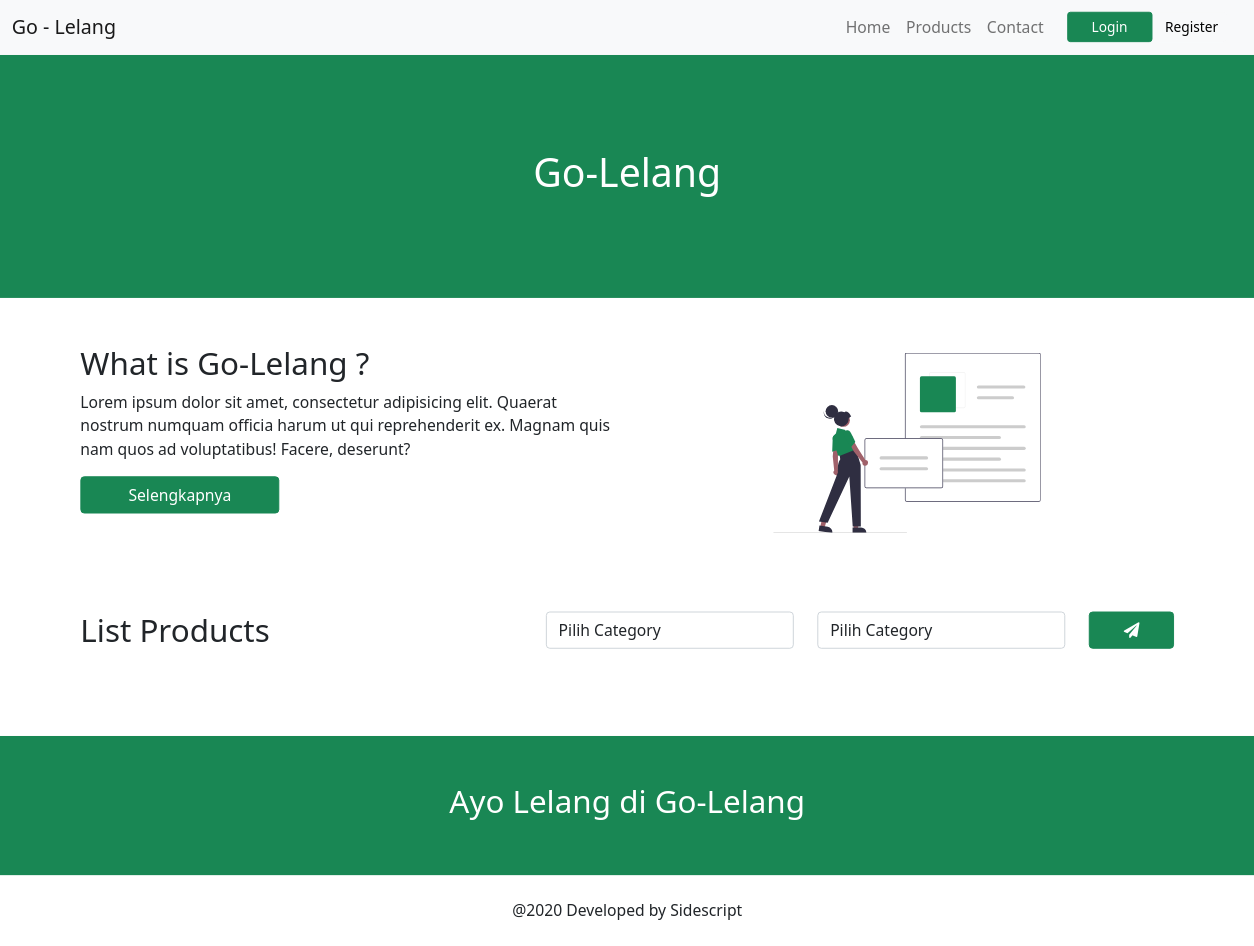
Repository: khulqu15/Go---Lelalng
Page: http://localhost/
These files come from the project's save history. The page is drawn as it stood at one moment and after the next save; the edit follows.
The browser window is 1280 px wide. The pictures show the whole page, at 98% of full size.
The page is served by the project's Laravel application, run on PHP 8.4 with Laravel 8. Queries for data that is not in the repository find no rows.

Above is the page before, as saved 2021-02-22 11:01:10.

After the next save:
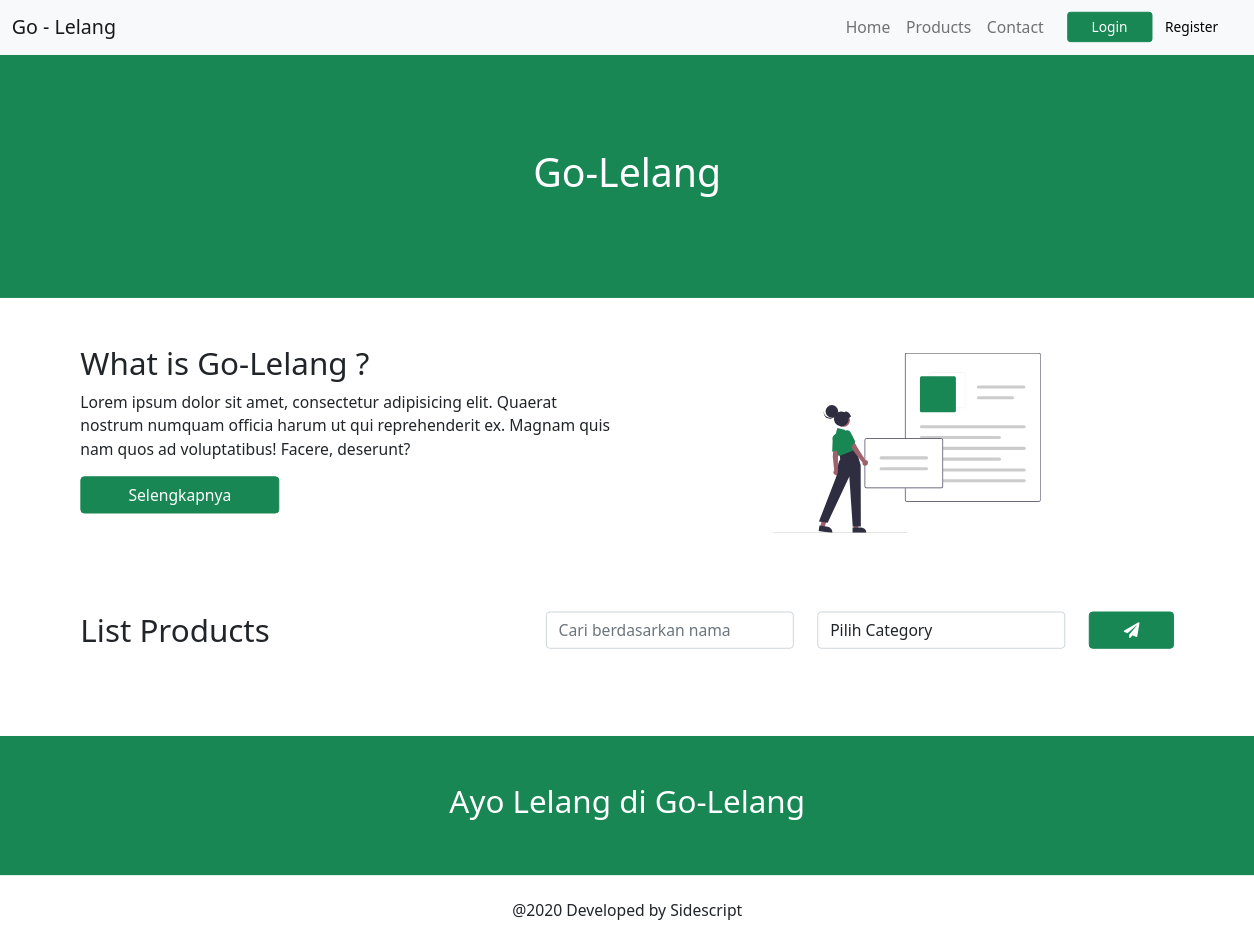
Saved 9 s later.
--- a/resources/views/welcome.blade.php
+++ b/resources/views/welcome.blade.php
@@ -33,7 +33,7 @@
                     <div class="row">
                         <div class="col-md-5">
                             <div class="form-group">
-                                <input type="text" value="{{ request()->get('name') == null ? 'Pilih Category' : request()->get('name') }}" class="form-control" name="name" placeholder="Cari berdasarkan nama">
+                                <input type="text" value="{{ request()->get('name') == null ? '' : request()->get('name') }}" class="form-control" name="name" placeholder="Cari berdasarkan nama">
                             </div>
                         </div>
                         <div class="col-md-5">
